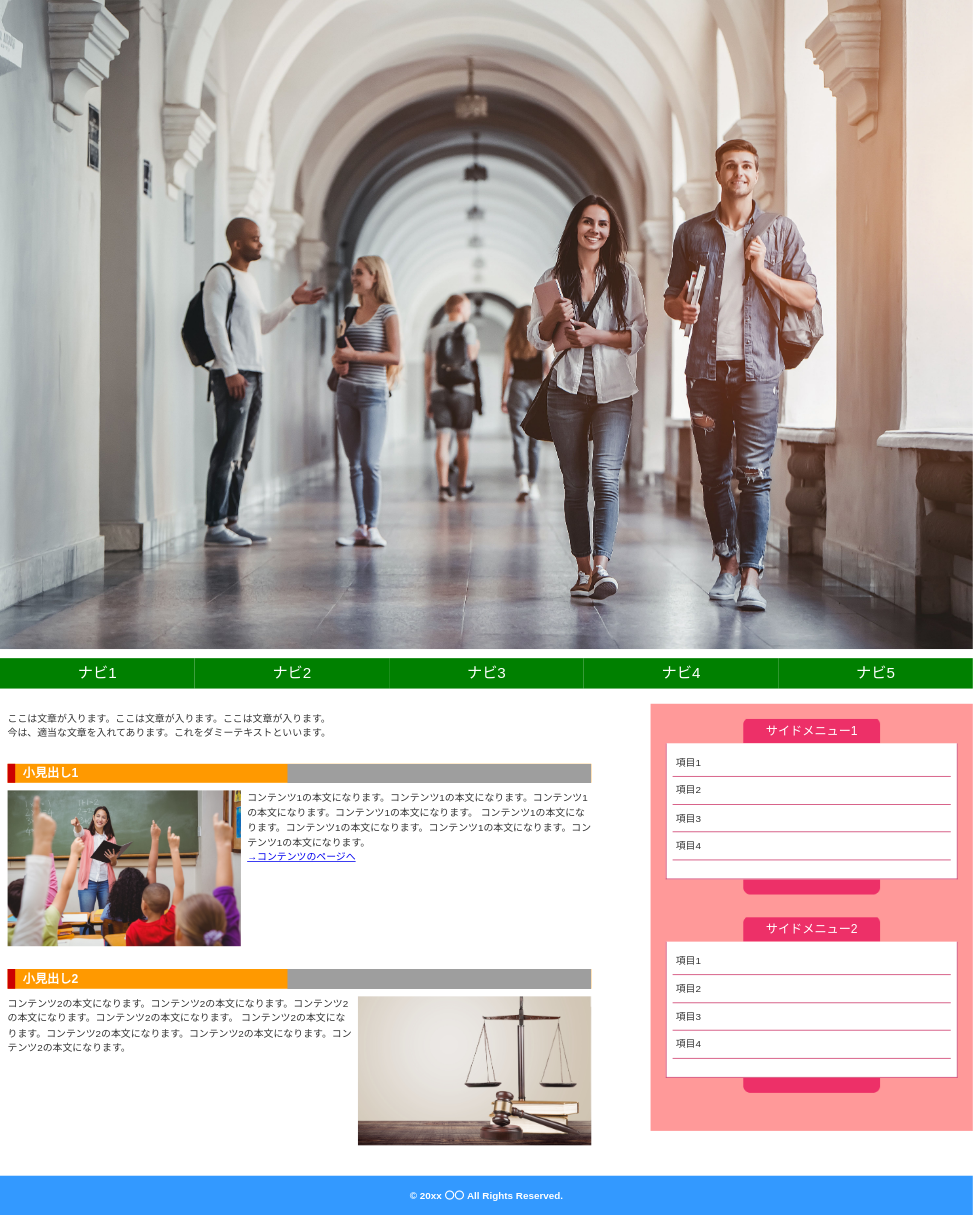
Repository: KAZMA5/samurai_HTML-CSS
Page: 6章まで/home.html
The author's editor kept a record of every edit. The page is drawn from the files as they stood at one moment, then again after the next edit.
The browser window is 1280 px wide. The pictures show the whole page, at 76% of full size.
Pictures or frames that could not be fetched are drawn as grey boxes.

Above is the page before.

### 6章まで/home.html
<!DOCTYPE html>
<html lang="ja">
    <head>
    <meta charset="UTF-8">
    <title>HTML/CSSの学習</title>
    <link rel="stylesheet"    href="stylesheet.css">
    </head>
    <body>
        <div id="header">
            <h1><a href="index.html"><img id="corridor" src="images/corridor.jpg" alt="大学の廊下" /></a></h1>
        </div>
        <div id="wrapper">
            <div id="nav">
                <ul>
                    <li><a href="home.html">ナビ1</a></li>
                    <li><a href="#">ナビ2</a></li>
                    <li><a href="#">ナビ3</a></li>
                    <li><a href="#">ナビ4</a></li>
                    <li><a href="#">ナビ5</a></li>
                </ul>
            </div>
            <div id="container">
                <div id="main">
                    <div class="post">
                        <p>ここは文章が入ります。ここは文章が入ります。ここは文章が入ります。<br />今は、適当な文章を入れてあります。これをダミーテキストといいます。</p>
                    </div>
                    <div class="post clearfix">
                        <h2>小見出し1</h2>
                        <img class="left" src="images/classroom.jpg" alt="授業風景" />
                        <p>
                            コンテンツ1の本文になります。コンテンツ1の本文になります。コンテンツ1の本文になります。コンテンツ1の本文になります。
                            コンテンツ1の本文になります。コンテンツ1の本文になります。コンテンツ1の本文になります。コンテンツ1の本文になります。
                        </p>
                    <p><a href="#">→コンテンツのページへ</a></p>
                </div>
                <div class="post clearfix">
                    <h2>小見出し2</h2>
                    <img class="right" src="images/scale.jpg" alt="天秤" />
                    <p>
                        コンテンツ2の本文になります。コンテンツ2の本文になります。コンテンツ2の本文になります。コンテンツ2の本文になります。
                        コンテンツ2の本文になります。コンテンツ2の本文になります。コンテンツ2の本文になります。コンテンツ2の本文になります。
                    </p>
                </div>
            </div>
            <div id="side">
                <div class="box">
                    <h2>サイドメニュー1</h2>
                    <div class="boxBody">
                        <ul>
                            <li>項目1</li>
                            <li>項目2</li>
                            <li>項目3</li>
                            <li>項目4</li>
                        </ul>
                    </div>
                </div>
                <div class="box">
                    <h2>サイドメニュー2</h2>
                    <div class="boxBody">
                        <ul>
                            <li>項目1</li>
                            <li>項目2</li>
                            <li>項目3</li>
                            <li>項目4</li>
                        </ul>
                    </div>
                </div>
            </div>
        </div>
        <div id="footer">
            <p>&copy; 20xx 〇〇 All Rights Reserved.<p>
        </div>
    </body>
</html>

### 6章まで/stylesheet.css
@charset "utf-8";

body {
	margin: 0;
	padding: 0;
	font-family: "ヒラギノ角ゴ Pro W3", "Hiragino Kaku Gothic Pro", "メイリオ", Meiryo, Osaka, "ＭＳ Ｐゴシック", "MS PGothic", sans-serif;
	color: #333;
	font-size: 13px;
	line-height: 150%;
}

/* -------------------- wrapper -------------------- */
#wrapper {
    width: 100%;
    margin: auto;
    padding: 0px;
    border: 0px;
    background-color: #FFF;
    top: 10px;
    position: relative;
}

/* -------------------- header -------------------- */
#header {
	width: 100%;
}
#header h1 {
	margin: 0;
	padding: 0;
}

#corridor {
	width: 100%;
	height: auto;
}

/* -------------------- footer -------------------- */
#footer {
	clear: both;
	width: 100%;
	padding: 3px 0 3px 0;
	background: #39F;
	color: #FFF;
	font-weight: bold;
	text-align: center;
}

/* -------------------- nav -------------------- */
#nav {
	width: 100%;
}
#nav ul {
    display: flex;
	margin: 0;
	padding: 0;
	list-style-type: none;
}
#nav ul li {
	width: 20%;
	text-align: center;
}
#nav ul li a {
	display: block;
	height: 20px;
	margin: 0;
	padding: 10px;
	color: #FFF;
	font-size: 20px;
	text-decoration: none;
	background-color: green;
}

#nav ul li a:hover {
	filter: drop-shadow(10px 10px 10px black);
}

/* -------------------- container -------------------- */
#container {
	width: 100%;
	margin: auto ;
	padding: auto;
	padding-top: 20px;
	clear: both;
}
/* -------------------- main -------------------- */
#main {
	float: left;
	width: 60%;
	padding: 10px 30px 10px 10px;
}
#main h2 {
	margin: 0 0 10px 0;
	padding: 3px 10px 3px 10px;
	color: #FFF;
	font-size: 16px;
	border-left: solid 10px #C00;
	background: #F90 url(../images/main_h2.jpg) right top repeat-y;
}
#main p {
	margin: 0;
	padding: 0;
}
#main .post {
	margin: 0 0 30px 0;
}

#main .post img.right {
	margin: 0 0 0 8px;
}
#main .post img.left {
	margin: 0 8px 0 0;
}

.right {
	float: right;
	width: 40%;
	height: auto;
}
.left {
	float: left;
	width: 40%;
	height: auto;
}

/* -------------------- clearfix -------------------- */
.clearfix {
    zoom: 1;
}
.clearfix:after{
	content: "";
	display: block;
	clear: both;
}

/* -------------------- side -------------------- */
#side {
	float: right;
	width: 30%;
	padding: 20px;
	background-color: #F99;
}
#side .box {
	margin: 0 auto 30px auto;
	padding: 0 0 20px 0;
	background: url(images/side_box.png) bottom no-repeat;
}
#side .box h2 {
	margin: 0;
	padding: 8px;
	text-align: center;
	color: #fff;
	font-size: 16px;
	line-height: 16px;
	font-weight: normal;
	background: url(images/side_box_h2.png) center no-repeat;
}
#side .box .boxBody {
	padding: 8px;
	border-right: solid 1px #C36;
	border-bottom: solid 1px #C36;
	border-left: solid 1px #C36;
	background: #fff;
}
#side .box .boxBody ul {
	margin: 0 0 16px 0;
	padding: 0;
}
#side .box .boxBody ul li {
	padding: 8px 0 8px 4px;
	list-style: none;
	border-bottom: solid 1px #C36;
}

#side .box .boxBody ul li:hover {
	padding: 8px 0 8px 4px;
	list-style: none;
	border-bottom: solid 1px #C36;
	box-shadow: 0px 4px 4px rgba(0, 0, 0, 0.3);
}

After the next edit:
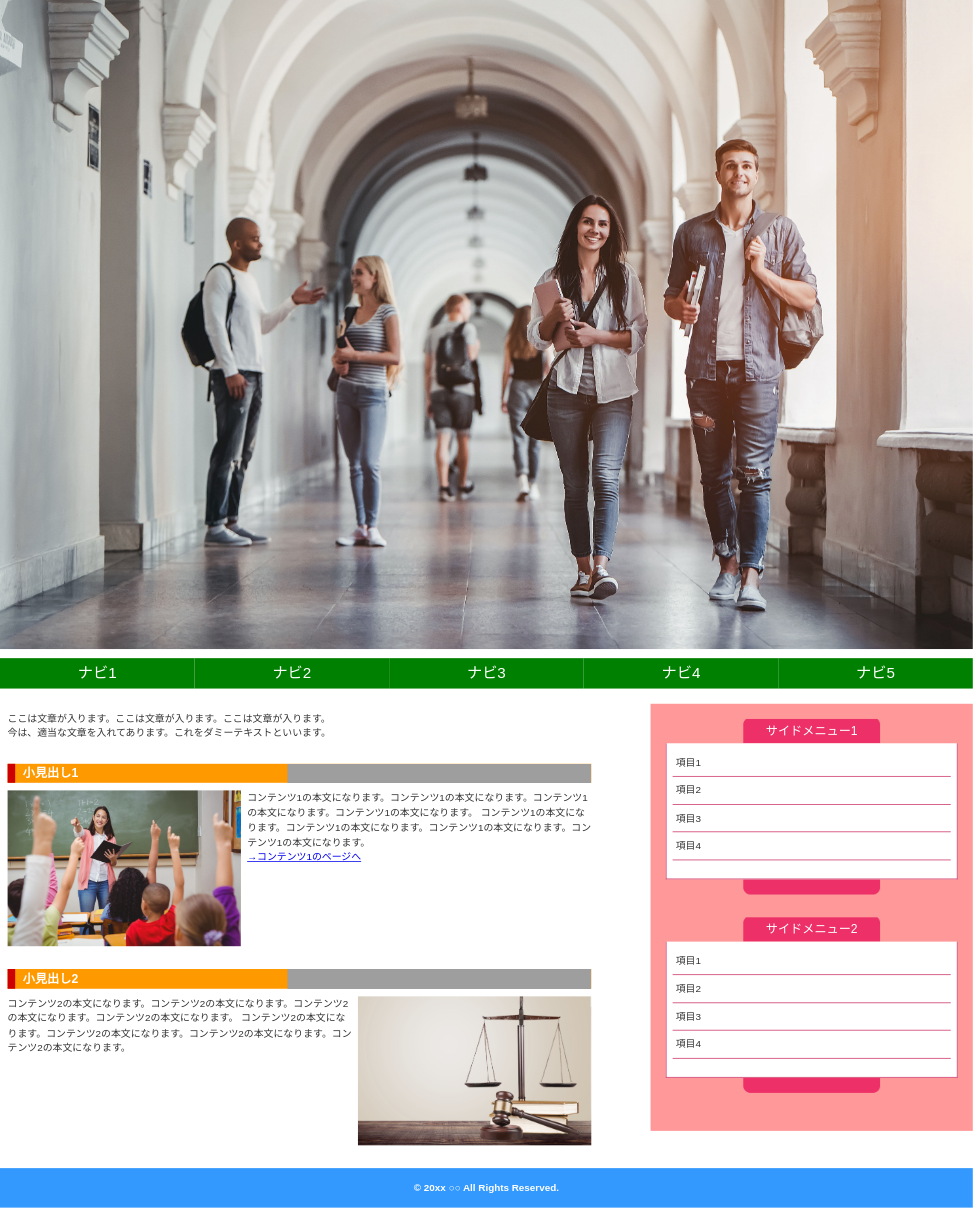
The edit:
--- a/6章まで/home.html
+++ b/6章まで/home.html
@@ -1,9 +1,9 @@
 <!DOCTYPE html>
 <html lang="ja">
     <head>
-    <meta charset="UTF-8">
-    <title>HTML/CSSの学習</title>
-    <link rel="stylesheet"    href="stylesheet.css">
+        <meta charset="UTF-8">
+        <title>HTML/CSSの学習</title>
+        <link rel="stylesheet" href="stylesheet.css">
     </head>
     <body>
         <div id="header">
@@ -31,15 +31,16 @@
                             コンテンツ1の本文になります。コンテンツ1の本文になります。コンテンツ1の本文になります。コンテンツ1の本文になります。
                             コンテンツ1の本文になります。コンテンツ1の本文になります。コンテンツ1の本文になります。コンテンツ1の本文になります。
                         </p>
-                    <p><a href="#">→コンテンツのページへ</a></p>
-                </div>
-                <div class="post clearfix">
-                    <h2>小見出し2</h2>
-                    <img class="right" src="images/scale.jpg" alt="天秤" />
-                    <p>
-                        コンテンツ2の本文になります。コンテンツ2の本文になります。コンテンツ2の本文になります。コンテンツ2の本文になります。
-                        コンテンツ2の本文になります。コンテンツ2の本文になります。コンテンツ2の本文になります。コンテンツ2の本文になります。
-                    </p>
+                        <p><a href="#">→コンテンツ1のページへ</a></p>
+                    </div>
+                    <div class="post clearfix">
+                        <h2>小見出し2</h2>
+                        <img class="right" src="images/scale.jpg" alt="天秤" />
+                        <p>
+                            コンテンツ2の本文になります。コンテンツ2の本文になります。コンテンツ2の本文になります。コンテンツ2の本文になります。
+                            コンテンツ2の本文になります。コンテンツ2の本文になります。コンテンツ2の本文になります。コンテンツ2の本文になります。
+                        </p>
+                    </div>
                 </div>
             </div>
             <div id="side">
@@ -68,7 +69,7 @@
             </div>
         </div>
         <div id="footer">
-            <p>&copy; 20xx 〇〇 All Rights Reserved.<p>
+            <p>&copy; 20xx ○○ All Rights Reserved.</p>
         </div>
     </body>
 </html>
